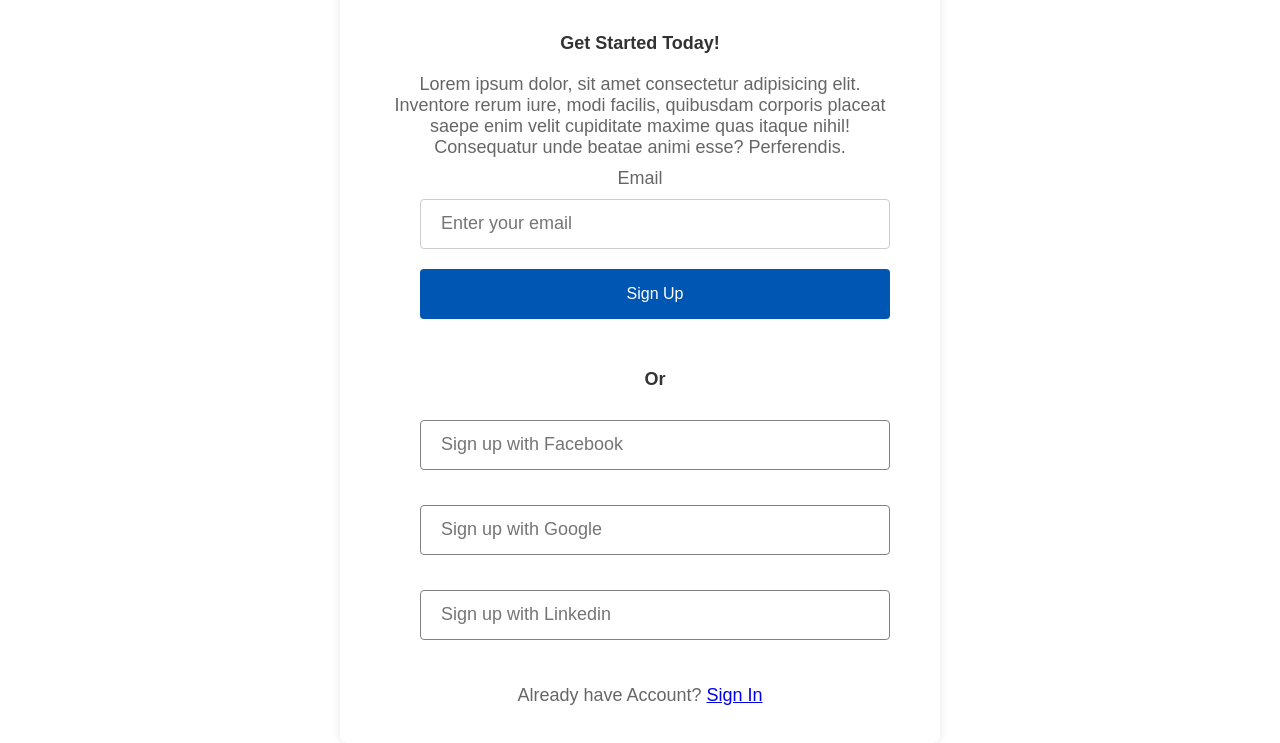
Repository: Femi007-gh/LOGIN-INTERFACE
Page: index.html
These files come from the project's save history. The page is drawn as it stood at one moment and after the next save; the edit follows.
The browser window is 1280 px wide. The pictures show the whole page.

Above is the page before, as saved 2025-01-21 13:58:03.

After the next save:
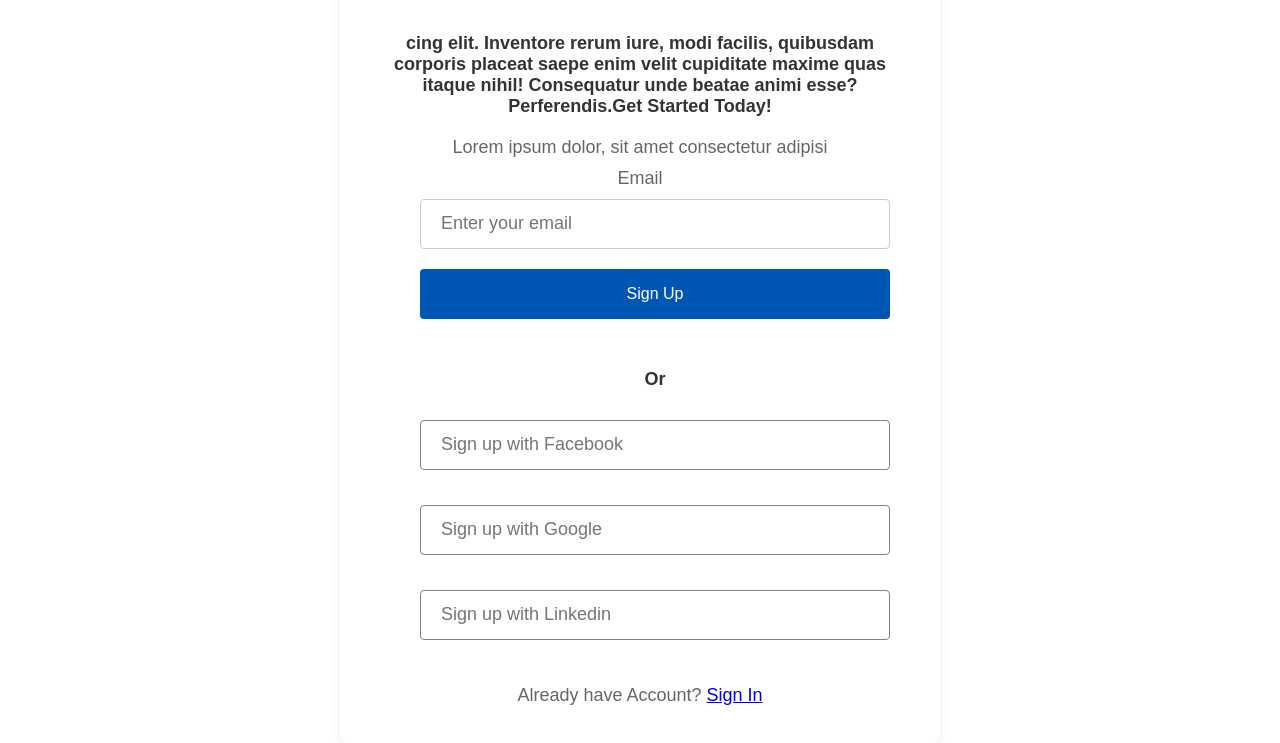
Saved 98 s later.
--- a/index.html
+++ b/index.html
@@ -7,8 +7,8 @@
     <div class="container">
       <div class="left-session">
         <div class="form-container">
-          <h1>Get Started Today!</h1>
-          <p>Lorem ipsum dolor, sit amet consectetur adipisicing elit. Inventore rerum iure, modi facilis, quibusdam corporis placeat saepe enim velit cupiditate maxime quas itaque nihil! Consequatur unde beatae animi esse? Perferendis.</p>
+          <h1>cing elit. Inventore rerum iure, modi facilis, quibusdam corporis placeat saepe enim velit cupiditate maxime quas itaque nihil! Consequatur unde beatae animi esse? Perferendis.Get Started Today!</h1>
+          <p>Lorem ipsum dolor, sit amet consectetur adipisi</p>
           <form>
             <div class="inter-group">
               <p>Email</p>

After the save that followed:
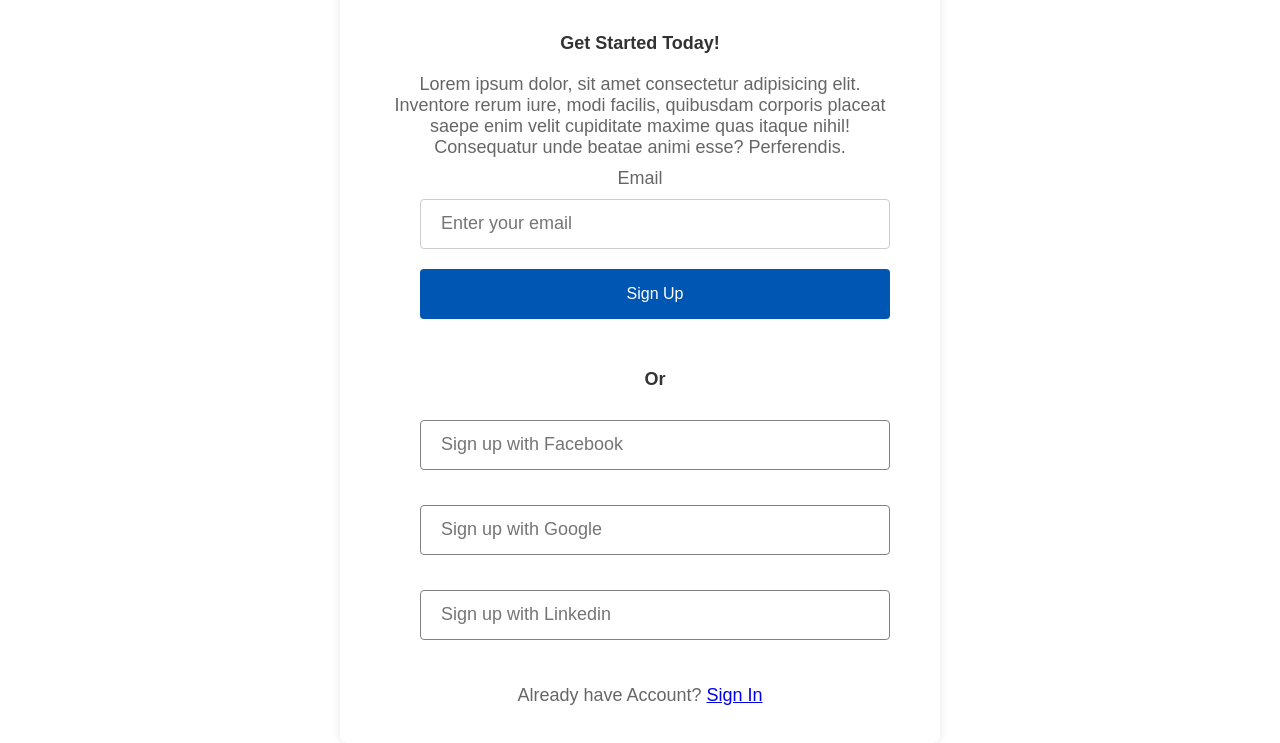
Saved 13 s later.
--- a/index.html
+++ b/index.html
@@ -7,8 +7,8 @@
     <div class="container">
       <div class="left-session">
         <div class="form-container">
-          <h1>cing elit. Inventore rerum iure, modi facilis, quibusdam corporis placeat saepe enim velit cupiditate maxime quas itaque nihil! Consequatur unde beatae animi esse? Perferendis.Get Started Today!</h1>
-          <p>Lorem ipsum dolor, sit amet consectetur adipisi</p>
+          <h1>Get Started Today!</h1>
+          <p>Lorem ipsum dolor, sit amet consectetur adipisicing elit. Inventore rerum iure, modi facilis, quibusdam corporis placeat saepe enim velit cupiditate maxime quas itaque nihil! Consequatur unde beatae animi esse? Perferendis.</p>
           <form>
             <div class="inter-group">
               <p>Email</p>
